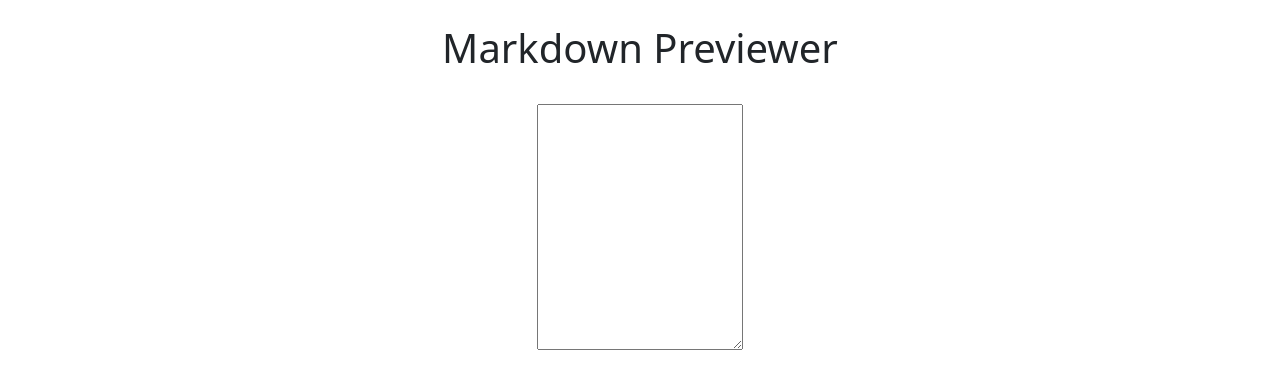
Repository: MikeeBuilds/markdownpreviewer
Page: index.html
The author's editor kept a copy of each file at every save. The page is drawn from the files as they stood at one save, then again after a run of saves.
The browser window is 1280 px wide. The pictures show the whole page.

Above is the page before, as saved 2023-04-15 14:19:09.

### index.html
<!DOCTYPE html>
<html lang="en">
  <head>
    <meta charset="UTF-8" />
    <meta http-equiv="X-UA-Compatible" content="IE=edge" />
    <meta name="viewport" content="width=device-width, initial-scale=1.0" />
    <link rel="stylesheet" href="https://cdnjs.cloudflare.com/ajax/libs/twitter-bootstrap/5.2.3/css/bootstrap.min.css"/>
    <link rel="stylesheet" href="./style.css" />
    <script
      crossorigin
      src="https://unpkg.com/react@16/umd/react.development.js"
    ></script>
    <script
      crossorigin
      src="https://unpkg.com/react-dom@16/umd/react-dom.development.js"
    ></script>
    <script src="https://unpkg.com/@babel/standalone/babel.min.js"></script>
    <title>Markdown Previewer</title>
  </head>
  <body>
    <div id="root"></div>
    <script type="text/babel" src="./index.js"></script>
  </body>
</html>

### index.js
function App() {
    return (
        <div className="text-center px-4">
            <h1 className="p-4">Markdown Previewer</h1>
            <textarea name="text" id="text" value="" rows="10" className="textarea" />
        </div>

    )
}




ReactDOM.render(<App />, document.getElementById('root'));

Loaded but not shown: style.css (no stored copy; drawn as an empty file)

After the next 2 saves:
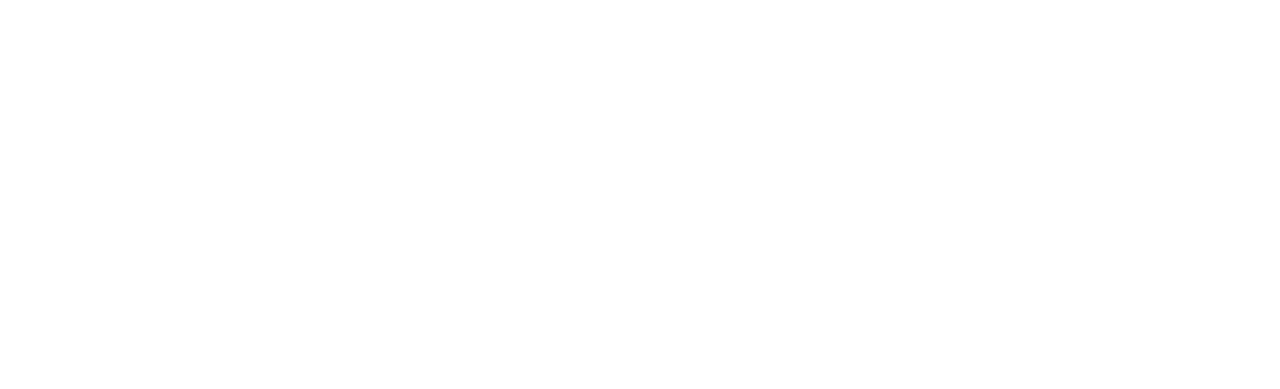
Console error: ReferenceError: text is not defined
The 2 saves are shown as one change because they came seconds apart.
The last was saved 8 s later.
--- a/index.js
+++ b/index.js
@@ -2,7 +2,7 @@
     return (
         <div className="text-center px-4">
             <h1 className="p-4">Markdown Previewer</h1>
-            <textarea name="text" id="text" value="" rows="10" className="textarea" />
+            <textarea name="text" id="text" value={text} rows="10" className="textarea" />
         </div>
 
     )

After the 2 saves that followed:
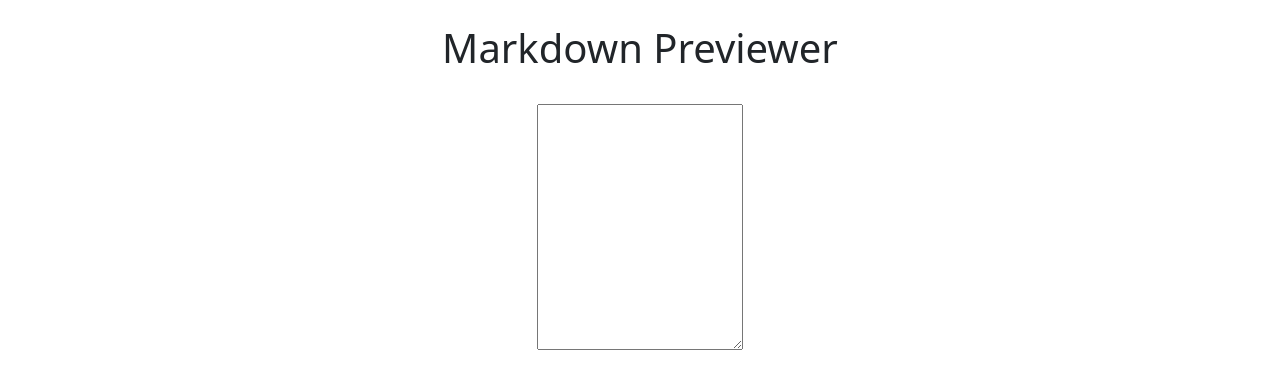
The error is gone.
The 2 saves are shown as one change because they came seconds apart.
The last was saved 24 s later.
--- a/index.js
+++ b/index.js
@@ -1,4 +1,6 @@
 function App() {
+
+    const [text, setText] = React.useState('')
     return (
         <div className="text-center px-4">
             <h1 className="p-4">Markdown Previewer</h1>
